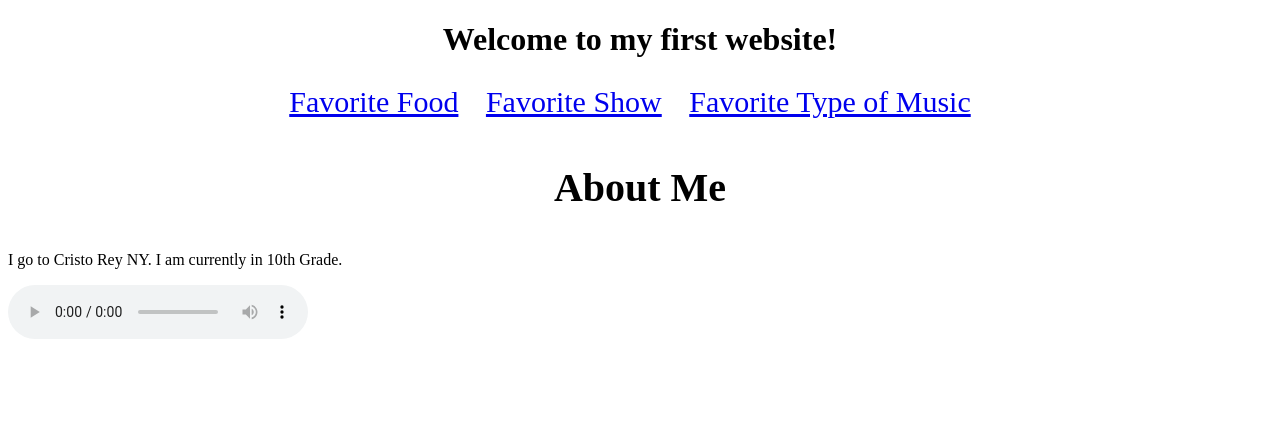
Repository: MM1323/unit9lesson1_startercode
Page: index.html
The author's editor kept a record of every edit. The page is drawn from the files as they stood at one moment, then again after the next edit.
The browser window is 1280 px wide. The pictures show the whole page.
Pictures or frames that could not be fetched are drawn as grey boxes.

Above is the page before.

After the next edit:
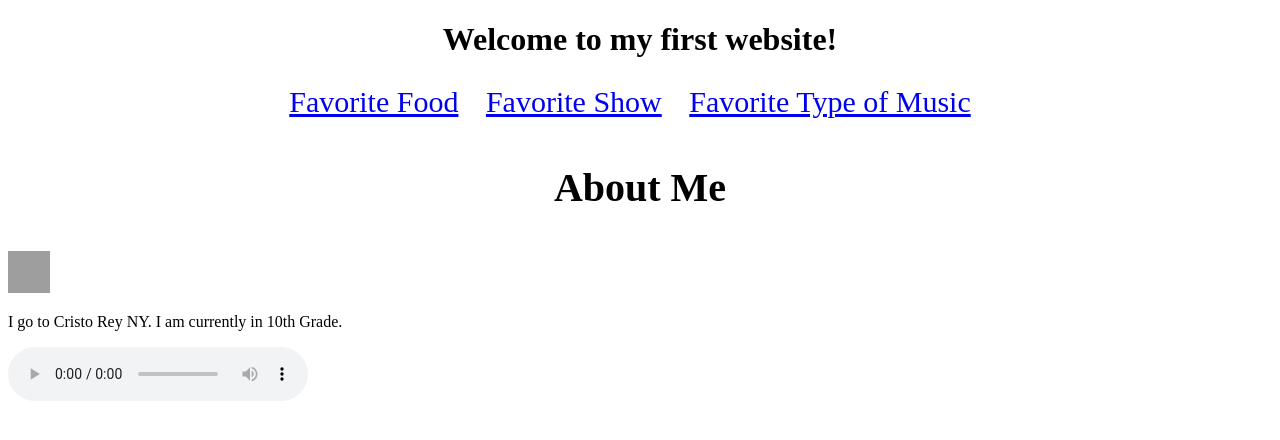
The edit:
--- a/index.html
+++ b/index.html
@@ -22,7 +22,8 @@
 
   	<h3> About Me</h3>
 
-  	<div id="me"
+  	<div id="me">
+
   	<img src="http://bit.ly/20Q2AdQ" alt="book" height="42" width="42">
   	</div>
 
